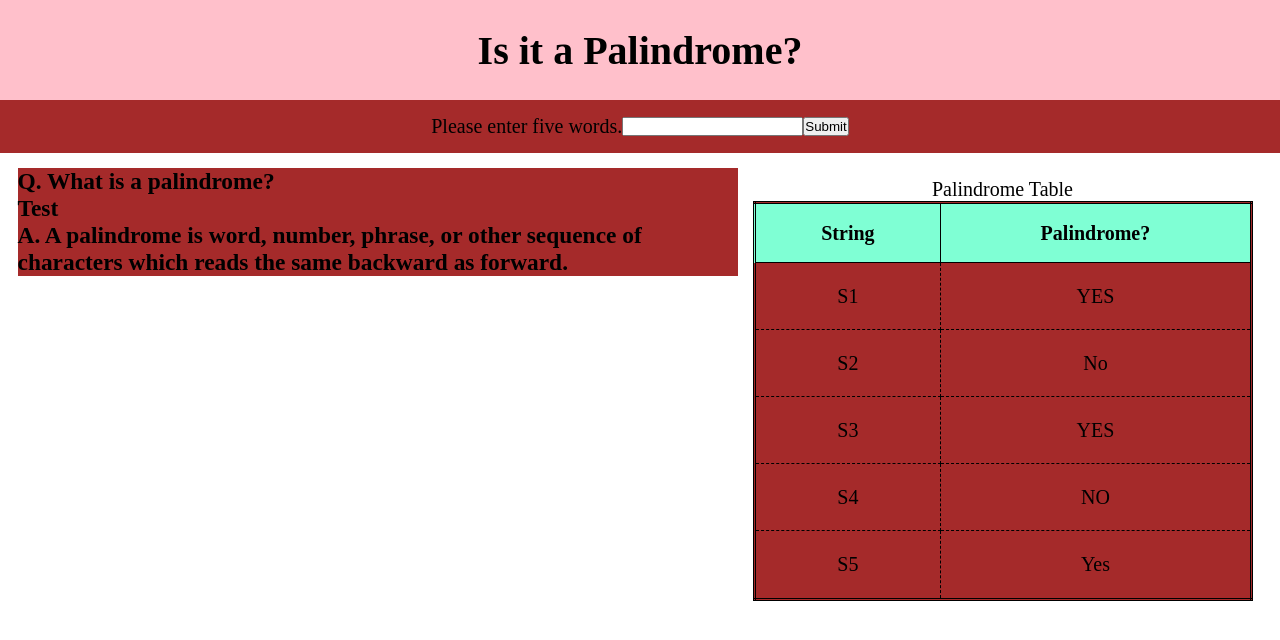
Repository: mlmEFSC21/P18-Palindrome-Table
Page: palindrome.html
These files come from the project's save history. The page is drawn as it stood at one moment and after the next save; the edit follows.
The browser window is 1280 px wide. The pictures show the whole page.

Above is the page before, as saved 2022-04-03 18:08:31.

After the next save:
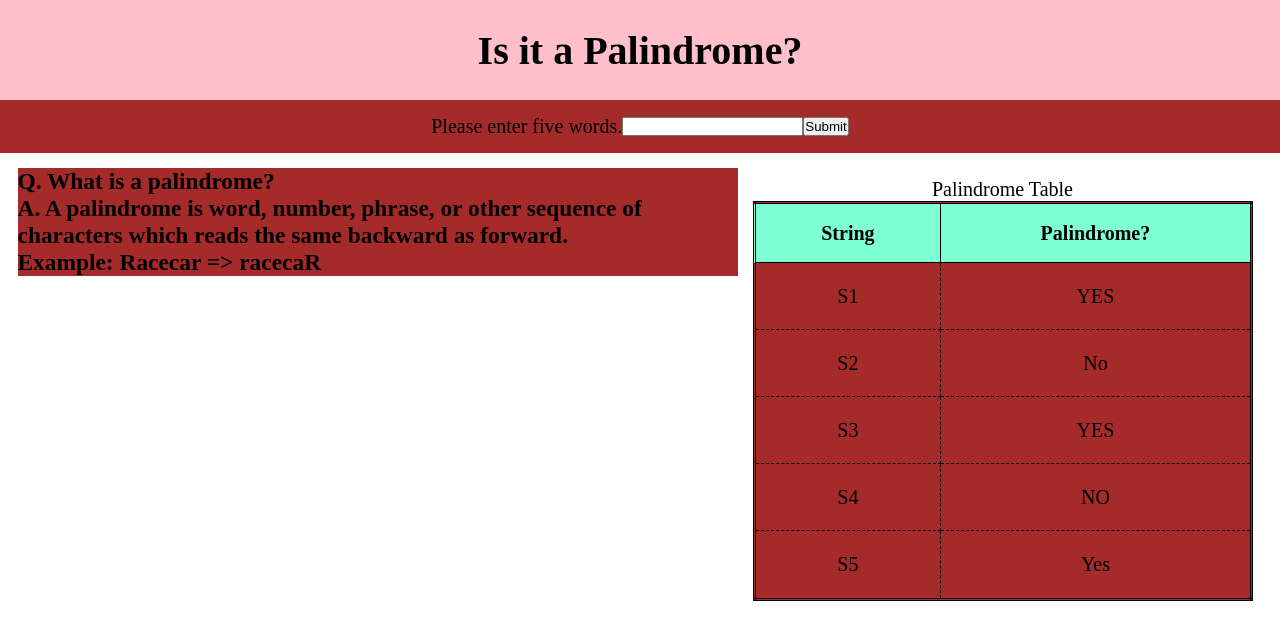
Saved 80 s later.
--- a/palindrome.html
+++ b/palindrome.html
@@ -29,12 +29,12 @@
             <div class="tableContainer" id="tableContainer">
                 <div class="definition">
                     <h3>
-                        Q. What is a palindrome?
-                        <p>Test</p>
-                    </h3>
-                    <h3>
-                        A. A palindrome is word, number, phrase, or other sequence of characters
-                        which reads the same backward as forward.
+                        <p>Q. What is a palindrome?</p>
+                        <p>
+                            A. A palindrome is word, number, phrase, or other sequence of characters
+                            which reads the same backward as forward.
+                        </p>
+                        <p>Example: Racecar => racecaR</p>
                     </h3>
                 </div>
                 <table>
